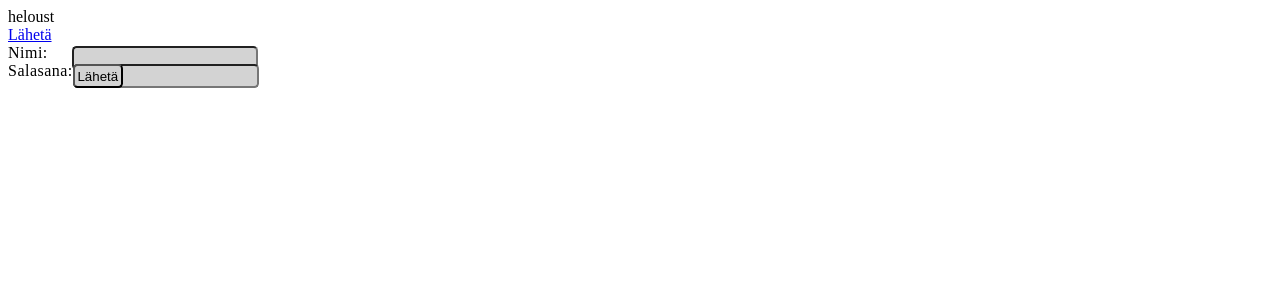
Repository: sirkian/ohj2-t4
Page: http://localhost/Kommunikaatio/
The author's editor kept a copy of each file at every save. The page is drawn from the files as they stood at one save, then again after the next save.
The browser window is 1280 px wide. The pictures show the whole page.
The page is served by Tomcat 9.

Above is the page before, as saved 2022-03-19 14:07:52.

### Kommunikaatio/src/main/webapp/index.jsp
<%@ page language="java" contentType="text/html; charset=ISO-8859-1"
    pageEncoding="ISO-8859-1"%>
<!DOCTYPE html>
<html>
<head>
<meta charset="ISO-8859-1">
<title>Insert title here</title>
<style>
body {
	display: flex;
	flex-direction: column;
}
input {
	background: lightgrey;
	border-radius:0.35em;
	padding: 0.2em;
	margin: 0.15em 0;
	position: absolute;
}
.nimi {
	left: 5.4em;
}
.pw {

}
form {
	letter-spacing: 0.03em;
}
</style>
</head>
<body>
heloust
<a href="toka.jsp?nimi=jaska&ika=10">Lähetä</a>
<form action="kolmas.jsp" method="POST">
	Nimi: <input class="nimi" type="text" name="nimi"><br>
	Salasana: <input class="pw" type="password" name="pwd">
	<input type="submit" value="Lähetä">
</form>
</body>
</html>

After the next save:
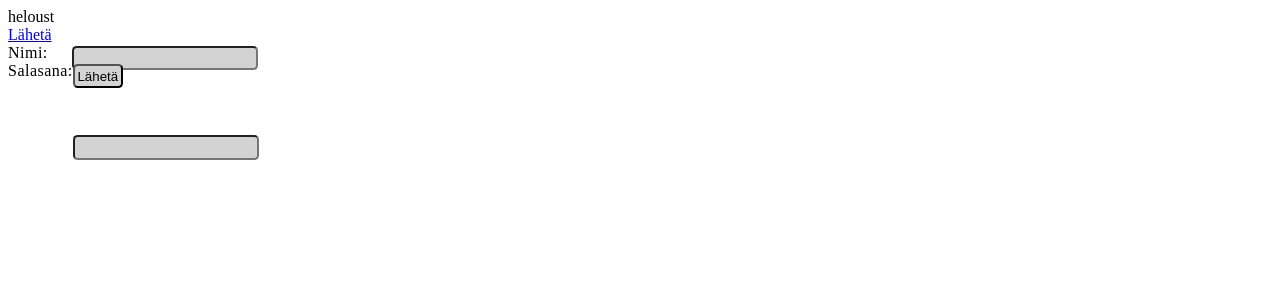
Saved 18 s later.
--- a/Kommunikaatio/src/main/webapp/index.jsp
+++ b/Kommunikaatio/src/main/webapp/index.jsp
@@ -21,7 +21,7 @@ input {
 	left: 5.4em;
 }
 .pw {
-
+	top: 10em;
 }
 form {
 	letter-spacing: 0.03em;
